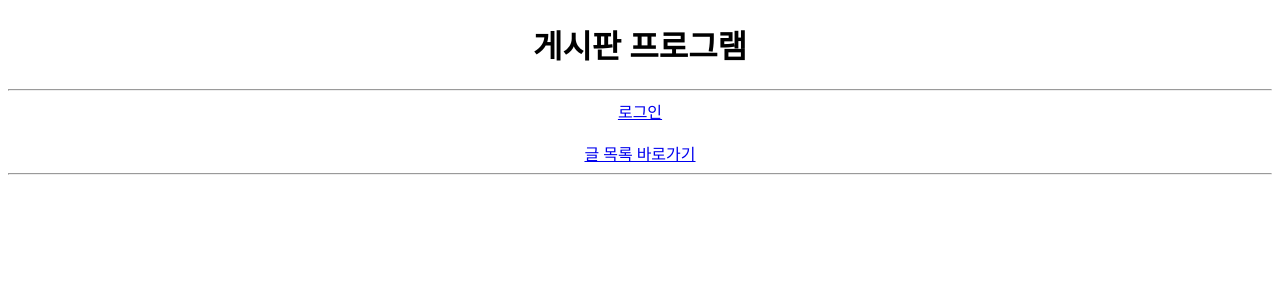
Repository: teeeeeeemo/workspace_spring
Page: http://localhost/BoardWeb/
These files come from the project's save history. The page is drawn as it stood at one moment and after the next save; the edit follows.
The browser window is 1280 px wide. The pictures show the whole page.
The page is served by Tomcat 9. Nobody is signed in. The application's start-up code is not run.

Above is the page before, as saved 2017-01-21 08:08:35.

After the next save:
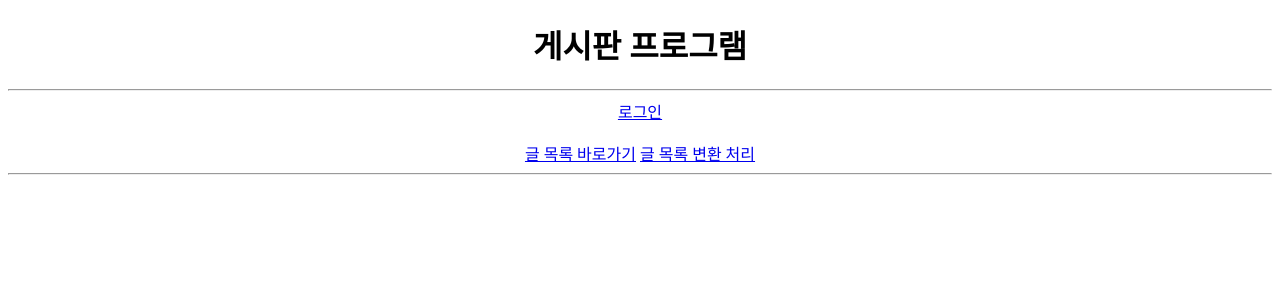
Saved 68 s later.
--- a/BoardWeb/src/main/webapp/index.jsp
+++ b/BoardWeb/src/main/webapp/index.jsp
@@ -12,6 +12,7 @@
 	<hr>
 		<a href="login.do">로그인</a><br><br>
 		<a href="getBoardList.do">글 목록 바로가기</a>
+		<a href="dataTransform.do">글 목록 변환 처리</a>
 	<hr>
 
 </center>
